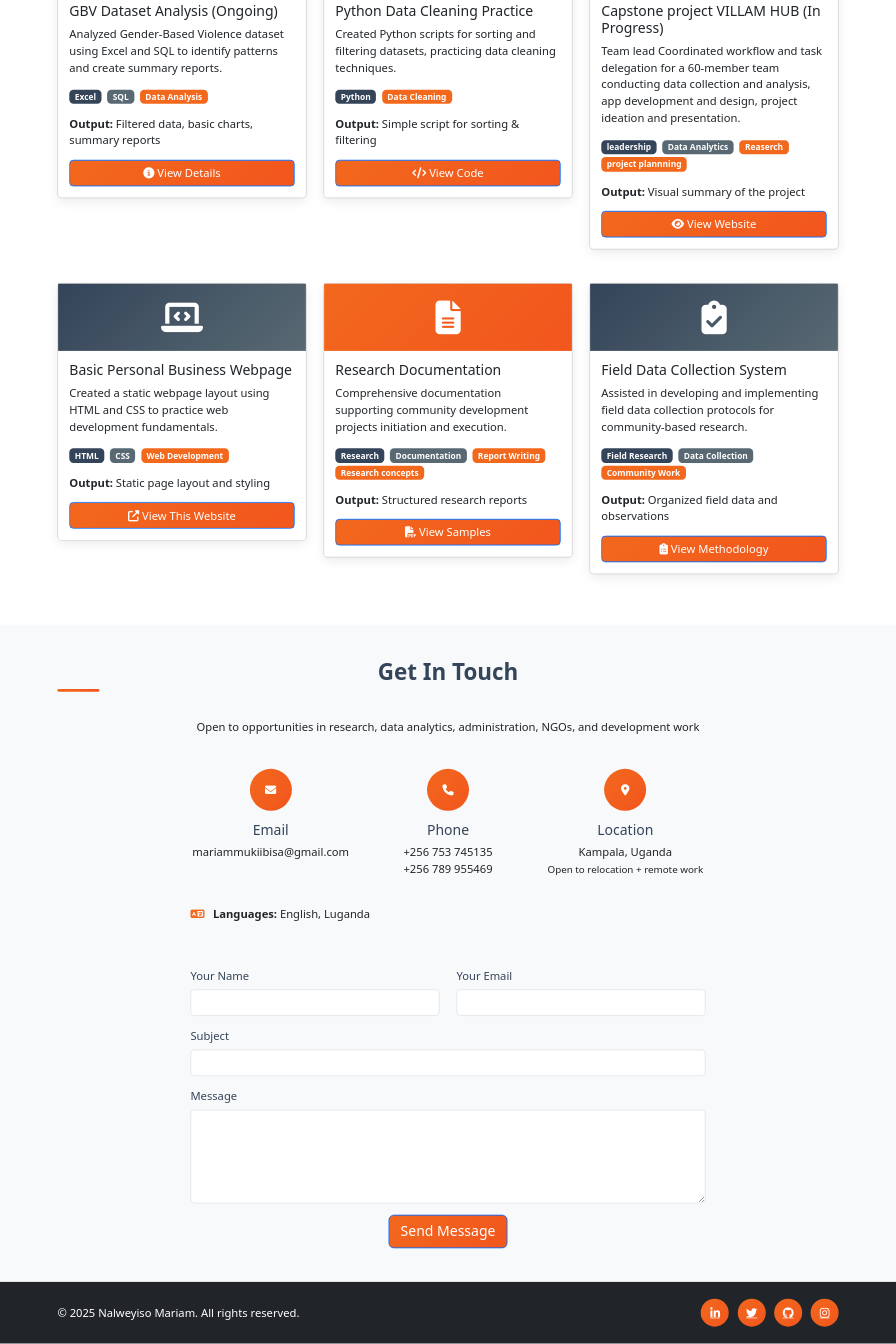
Repository: NalweMari/My-Personal-Portfolio
Page: index.html
An editor plug-in stored every save of this project. The page is shown before and after the next save, followed by the edit.
The browser window is 1280 px wide. The pictures show the part of the page from y = 1755 to 3675 px (the page is 3675 px tall), at 70% of full size.
A picture or video elsewhere on the page could not be fetched, so the positions and the page height are approximate.

Above is the page before, as saved 2025-12-04 03:23:21.
Console error (its wording comes from the project's code and is left out).

After the next save:
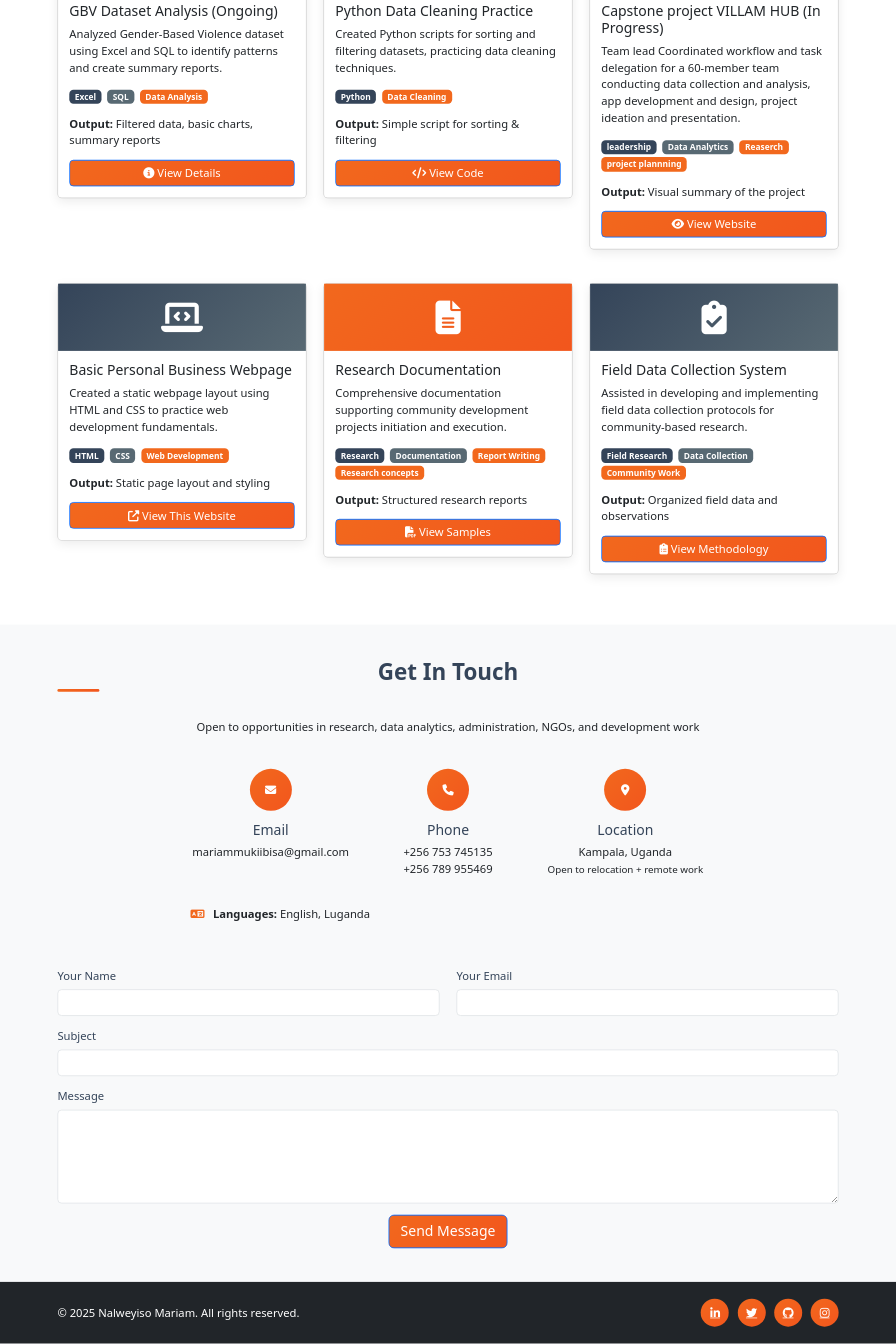
Saved 114 s later.
--- a/index.html
+++ b/index.html
@@ -359,7 +359,7 @@
                             <h5 style="color: var(--primary-color);">Location</h5>
                             <p>Kampala, Uganda<br><small>Open to relocation + remote work</small></p>
                         </div>
-                        <div>
+                        <divclass="col-md-4 text-center mb-4"class="col-md-4 text-center mb-4">
                             <p><i class="fas fa-language me-2" style="color: var(--accent-1);"></i>
                                 <strong>Languages:</strong> English, Luganda</p>
                         </div>
